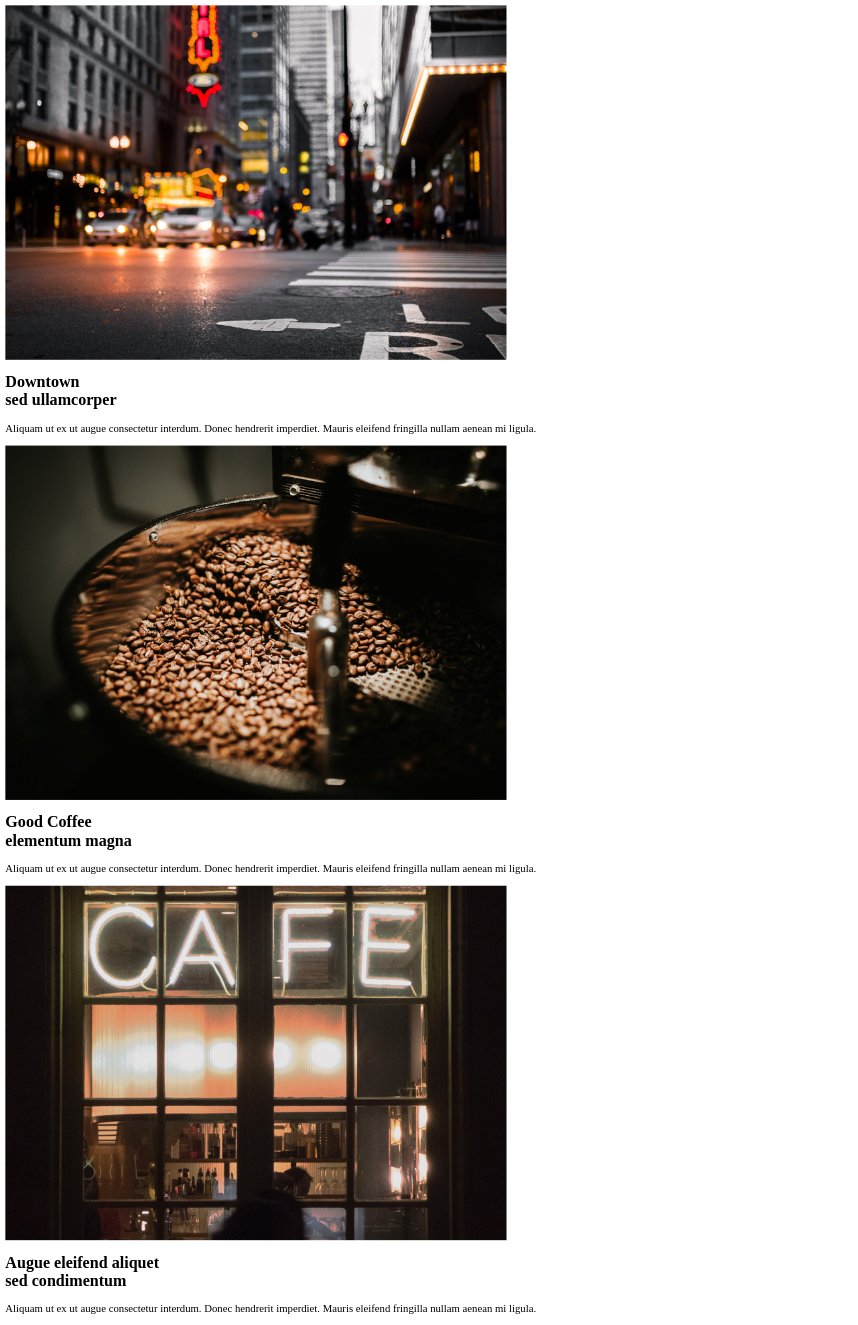
Repository: DOODpls/code_cafe
Page: _includes/gallery_description.html
These files come from the project's save history. The page is drawn as it stood at one moment and after the next save; the edit follows.
The browser window is 1280 px wide. The pictures show the whole page, at 67% of full size.

Above is the page before, as saved 2019-12-06 00:07:06.

After the next save:
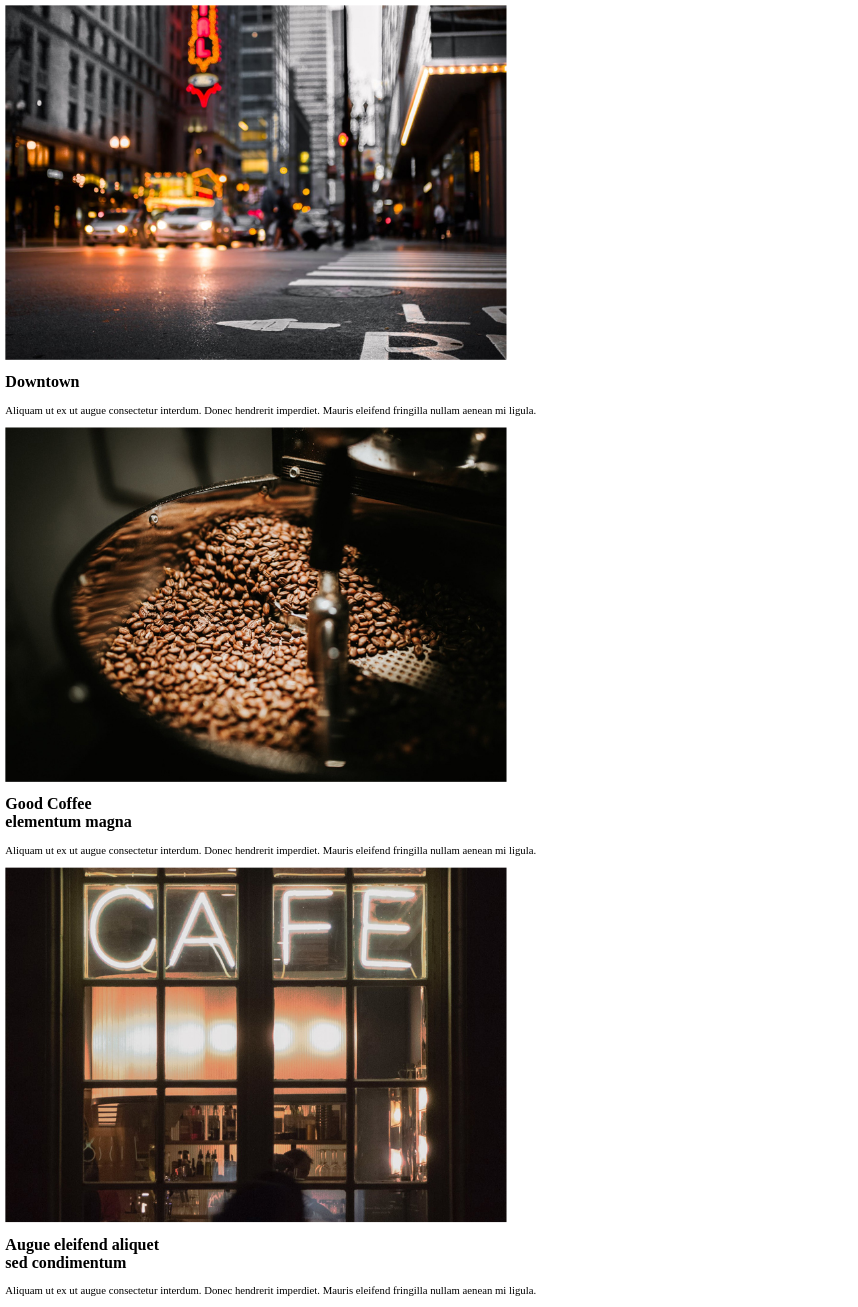
Saved 14 s later.
--- a/_includes/gallery_description.html
+++ b/_includes/gallery_description.html
@@ -2,8 +2,7 @@
 <section id="two" class="wrapper alt style2">
   <section class="spotlight">
     <div class="image"><img src="images/pic01.jpg" alt="" /></div><div class="content">
-      <h2>Downtown<br />
-      sed ullamcorper</h2>
+      <h2>Downtown</h2>
       <p>Aliquam ut ex ut augue consectetur interdum. Donec hendrerit imperdiet. Mauris eleifend fringilla nullam aenean mi ligula.</p>
     </div>
   </section>
